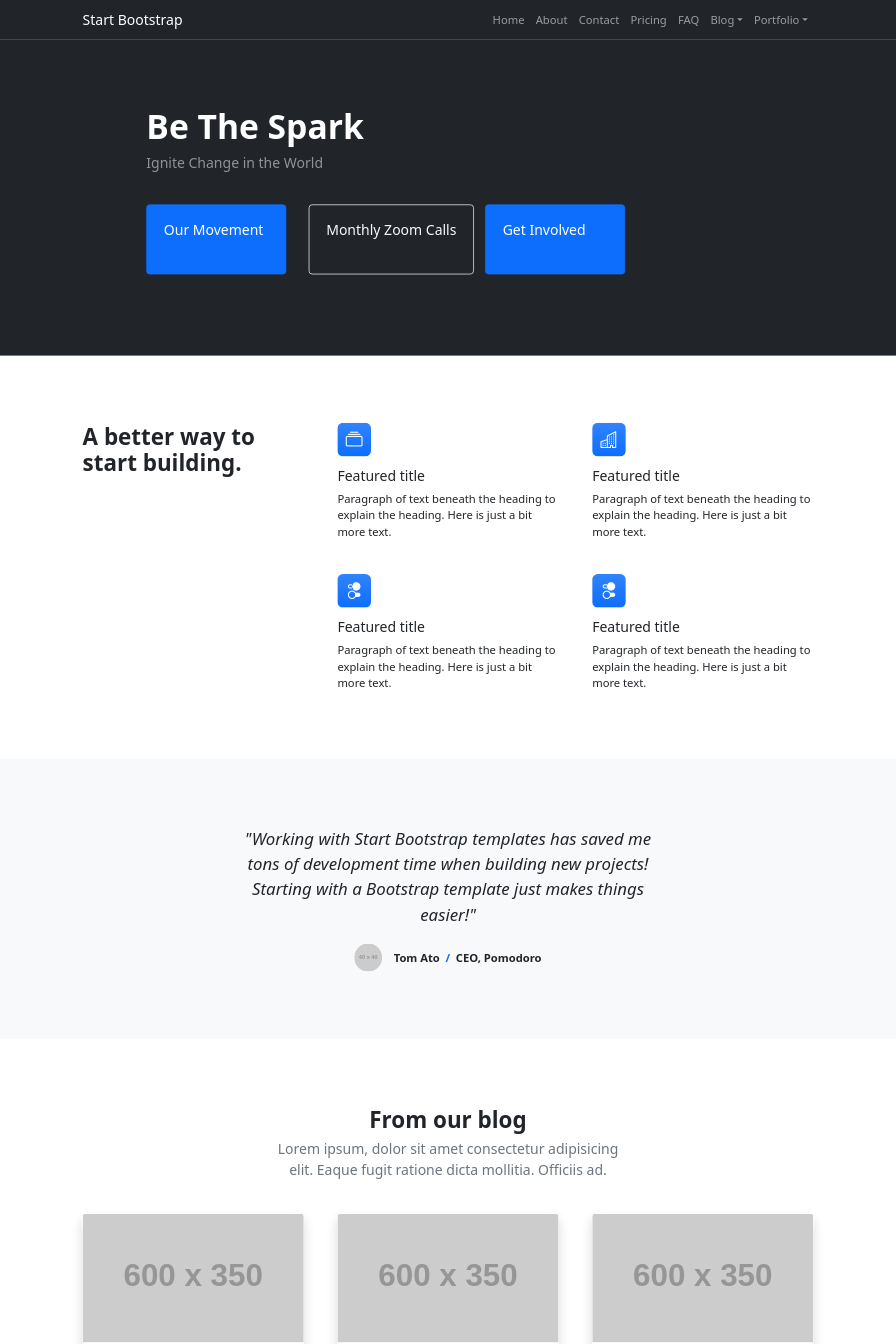
Repository: DragonFruit8/BeTheSpark
Page: index.html
These files come from the project's save history. The page is drawn as it stood at one moment and after the next save; the edit follows.
The browser window is 1280 px wide. The pictures show the part of the page from y = 0 to 1920 px (the page is 2652 px tall before and 2852 px after), at 70% of full size.

Above is the page before, as saved 2024-01-05 08:32:59.

### index.html
<!DOCTYPE html>
<html lang="en">
    <head>
        <meta charset="utf-8" />
        <meta name="viewport" content="width=device-width, initial-scale=1, shrink-to-fit=no" />
        <meta name="description" content="" />
        <meta name="author" content="" />
        <title>Modern Business - Start Bootstrap Template</title>
        <!-- Favicon-->
        <link rel="icon" type="image/x-icon" href="assets/favicon.ico" />
        <!-- Bootstrap icons-->
        <link href="https://cdn.jsdelivr.net/npm/bootstrap-icons@1.5.0/font/bootstrap-icons.css" rel="stylesheet" />
        <!-- Core theme CSS (includes Bootstrap)-->
        <link href="css/styles.css" rel="stylesheet" />
        <link href="css/home.css" rel="stylesheet" />
    </head>
    <body class="d-flex flex-column h-100">
        <main class="flex-shrink-0">
            <!-- Navigation-->
            <nav class="navbar navbar-expand-lg navbar-dark bg-dark">
                <div class="container px-5">
                    <a class="navbar-brand" href="index.html">Start Bootstrap</a>
                    <button class="navbar-toggler" type="button" data-bs-toggle="collapse" data-bs-target="#navbarSupportedContent" aria-controls="navbarSupportedContent" aria-expanded="false" aria-label="Toggle navigation"><span class="navbar-toggler-icon"></span></button>
                    <div class="collapse navbar-collapse" id="navbarSupportedContent">
                        <ul class="navbar-nav ms-auto mb-2 mb-lg-0">
                            <li class="nav-item"><a class="nav-link" href="index.html">Home</a></li>
                            <li class="nav-item"><a class="nav-link" href="about.html">About</a></li>
                            <li class="nav-item"><a class="nav-link" href="contact.html">Contact</a></li>
                            <li class="nav-item"><a class="nav-link" href="pricing.html">Pricing</a></li>
                            <li class="nav-item"><a class="nav-link" href="faq.html">FAQ</a></li>
                            <li class="nav-item dropdown">
                                <a class="nav-link dropdown-toggle" id="navbarDropdownBlog" href="#" role="button" data-bs-toggle="dropdown" aria-expanded="false">Blog</a>
                                <ul class="dropdown-menu dropdown-menu-end" aria-labelledby="navbarDropdownBlog">
                                    <li><a class="dropdown-item" href="blog-home.html">Blog Home</a></li>
                                    <li><a class="dropdown-item" href="blog-post.html">Blog Post</a></li>
                                </ul>
                            </li>
                            <li class="nav-item dropdown">
                                <a class="nav-link dropdown-toggle" id="navbarDropdownPortfolio" href="#" role="button" data-bs-toggle="dropdown" aria-expanded="false">Portfolio</a>
                                <ul class="dropdown-menu dropdown-menu-end" aria-labelledby="navbarDropdownPortfolio">
                                    <li><a class="dropdown-item" href="portfolio-overview.html">Portfolio Overview</a></li>
                                    <li><a class="dropdown-item" href="portfolio-item.html">Portfolio Item</a></li>
                                </ul>
                            </li>
                        </ul>
                    </div>
                </div>
            </nav>
            <!-- Header-->
            <header class="bg-dark py-5">
                <div class="container px-5">
                    <div class="row gx-5 align-items-center justify-content-center">
                        <div class="col-lg-8 col-xl-10 col-xxl-12">
                            <div class="my-5 text-center text-xl-start">
                                <h1 class="display-5 fw-bolder text-white mb-2">Be The Spark</h1>
                                <p class="lead fw-normal text-white-50 mb-4">Ignite Change in the World</p>
                                <div id="CTA" class="d-grid gap-3 d-sm-flex justify-content-sm-center justify-content-xl-start">
                                    <a class="btn btn-primary btn-lg px-4 me-sm-3" href="#features">Our Movement</a>
                                    <a class="btn btn-outline-light btn-lg px-4" href="#!">Monthly Zoom Calls</a>
                                    <a class="btn btn-primary btn-lg px-4 me-sm-3" href="#features">Get Involved </a>
                                </div>
                            </div>
                        </div>
                        <!-- <div class="col-xl-5 col-xxl-6 d-none d-xl-block text-center"><img class="img-fluid rounded-3 my-5" src="https://dummyimage.com/600x400/343a40/6c757d" alt="..." /></div> -->
                    </div>
                </div>
            </header>
            <!-- Features section-->
            <section class="py-5" id="features">
                <div class="container px-5 my-5">
                    <div class="row gx-5">
                        <div class="col-lg-4 mb-5 mb-lg-0"><h2 class="fw-bolder mb-0">A better way to start building.</h2></div>
                        <div class="col-lg-8">
                            <div class="row gx-5 row-cols-1 row-cols-md-2">
                                <div class="col mb-5 h-100">
                                    <div class="feature bg-primary bg-gradient text-white rounded-3 mb-3"><i class="bi bi-collection"></i></div>
                                    <h2 class="h5">Featured title</h2>
                                    <p class="mb-0">Paragraph of text beneath the heading to explain the heading. Here is just a bit more text.</p>
                                </div>
                                <div class="col mb-5 h-100">
                                    <div class="feature bg-primary bg-gradient text-white rounded-3 mb-3"><i class="bi bi-building"></i></div>
                                    <h2 class="h5">Featured title</h2>
                                    <p class="mb-0">Paragraph of text beneath the heading to explain the heading. Here is just a bit more text.</p>
                                </div>
                                <div class="col mb-5 mb-md-0 h-100">
                                    <div class="feature bg-primary bg-gradient text-white rounded-3 mb-3"><i class="bi bi-toggles2"></i></div>
                                    <h2 class="h5">Featured title</h2>
                                    <p class="mb-0">Paragraph of text beneath the heading to explain the heading. Here is just a bit more text.</p>
                                </div>
                                <div class="col h-100">
                                    <div class="feature bg-primary bg-gradient text-white rounded-3 mb-3"><i class="bi bi-toggles2"></i></div>
                                    <h2 class="h5">Featured title</h2>
                                    <p class="mb-0">Paragraph of text beneath the heading to explain the heading. Here is just a bit more text.</p>
                                </div>
                            </div>
                        </div>
                    </div>
                </div>
            </section>
            <!-- Testimonial section-->
            <div class="py-5 bg-light">
                <div class="container px-5 my-5">
                    <div class="row gx-5 justify-content-center">
                        <div class="col-lg-10 col-xl-7">
                            <div class="text-center">
                                <div class="fs-4 mb-4 fst-italic">"Working with Start Bootstrap templates has saved me tons of development time when building new projects! Starting with a Bootstrap template just makes things easier!"</div>
                                <div class="d-flex align-items-center justify-content-center">
                                    <img class="rounded-circle me-3" src="https://dummyimage.com/40x40/ced4da/6c757d" alt="..." />
                                    <div class="fw-bold">
                                        Tom Ato
                                        <span class="fw-bold text-primary mx-1">/</span>
                                        CEO, Pomodoro
                                    </div>
                                </div>
                            </div>
                        </div>
                    </div>
                </div>
            </div>
            <!-- Blog preview section-->
            <section class="py-5">
                <div class="container px-5 my-5">
                    <div class="row gx-5 justify-content-center">
                        <div class="col-lg-8 col-xl-6">
                            <div class="text-center">
                                <h2 class="fw-bolder">From our blog</h2>
                                <p class="lead fw-normal text-muted mb-5">Lorem ipsum, dolor sit amet consectetur adipisicing elit. Eaque fugit ratione dicta mollitia. Officiis ad.</p>
                            </div>
                        </div>
                    </div>
                    <div class="row gx-5">
                        <div class="col-lg-4 mb-5">
                            <div class="card h-100 shadow border-0">
                                <img class="card-img-top" src="https://dummyimage.com/600x350/ced4da/6c757d" alt="..." />
                                <div class="card-body p-4">
                                    <div class="badge bg-primary bg-gradient rounded-pill mb-2">News</div>
                                    <a class="text-decoration-none link-dark stretched-link" href="#!"><h5 class="card-title mb-3">Blog post title</h5></a>
                                    <p class="card-text mb-0">Some quick example text to build on the card title and make up the bulk of the card's content.</p>
                                </div>
                                <div class="card-footer p-4 pt-0 bg-transparent border-top-0">
                                    <div class="d-flex align-items-end justify-content-between">
                                        <div class="d-flex align-items-center">
                                            <img class="rounded-circle me-3" src="https://dummyimage.com/40x40/ced4da/6c757d" alt="..." />
                                            <div class="small">
                                                <div class="fw-bold">Kelly Rowan</div>
                                                <div class="text-muted">March 12, 2023 &middot; 6 min read</div>
                                            </div>
                                        </div>
                                    </div>
                                </div>
                            </div>
                        </div>
                        <div class="col-lg-4 mb-5">
                            <div class="card h-100 shadow border-0">
                                <img class="card-img-top" src="https://dummyimage.com/600x350/adb5bd/495057" alt="..." />
                                <div class="card-body p-4">
                                    <div class="badge bg-primary bg-gradient rounded-pill mb-2">Media</div>
                                    <a class="text-decoration-none link-dark stretched-link" href="#!"><h5 class="card-title mb-3">Another blog post title</h5></a>
                                    <p class="card-text mb-0">This text is a bit longer to illustrate the adaptive height of each card. Some quick example text to build on the card title and make up the bulk of the card's content.</p>
                                </div>
                                <div class="card-footer p-4 pt-0 bg-transparent border-top-0">
                                    <div class="d-flex align-items-end justify-content-between">
                                        <div class="d-flex align-items-center">
                                            <img class="rounded-circle me-3" src="https://dummyimage.com/40x40/ced4da/6c757d" alt="..." />
                                            <div class="small">
                                                <div class="fw-bold">Josiah Barclay</div>
                                                <div class="text-muted">March 23, 2023 &middot; 4 min read</div>
                                            </div>
                                        </div>
                                    </div>
                                </div>
                            </div>
                        </div>
                        <div class="col-lg-4 mb-5">
                            <div class="card h-100 shadow border-0">
                                <img class="card-img-top" src="https://dummyimage.com/600x350/6c757d/343a40" alt="..." />
                                <div class="card-body p-4">
                                    <div class="badge bg-primary bg-gradient rounded-pill mb-2">News</div>
                                    <a class="text-decoration-none link-dark stretched-link" href="#!"><h5 class="card-title mb-3">The last blog post title is a little bit longer than the others</h5></a>
                                    <p class="card-text mb-0">Some more quick example text to build on the card title and make up the bulk of the card's content.</p>
                                </div>
                                <div class="card-footer p-4 pt-0 bg-transparent border-top-0">
                                    <div class="d-flex align-items-end justify-content-between">
                                        <div class="d-flex align-items-center">
                                            <img class="rounded-circle me-3" src="https://dummyimage.com/40x40/ced4da/6c757d" alt="..." />
                                            <div class="small">
                                                <div class="fw-bold">Evelyn Martinez</div>
                                                <div class="text-muted">April 2, 2023 &middot; 10 min read</div>
                                            </div>
                                        </div>
                                    </div>
                                </div>
                            </div>
                        </div>
                    </div>
                    <!-- Call to action-->
                    <aside class="bg-primary bg-gradient rounded-3 p-4 p-sm-5 mt-5">
                        <div class="d-flex align-items-center justify-content-between flex-column flex-xl-row text-center text-xl-start">
                            <div class="mb-4 mb-xl-0">
                                <div class="fs-3 fw-bold text-white">New products, delivered to you.</div>
                                <div class="text-white-50">Sign up for our newsletter for the latest updates.</div>
                            </div>
                            <div class="ms-xl-4">
                                <div class="input-group mb-2">
                                    <input class="form-control" type="text" placeholder="Email address..." aria-label="Email address..." aria-describedby="button-newsletter" />
                                    <button class="btn btn-outline-light" id="button-newsletter" type="button">Sign up</button>
                                </div>
                                <div class="small text-white-50">We care about privacy, and will never share your data.</div>
                            </div>
                        </div>
                    </aside>
                </div>
            </section>
        </main>
        <!-- Footer-->
        <footer class="bg-dark py-4 mt-auto">
            <div class="container px-5">
                <div class="row align-items-center justify-content-between flex-column flex-sm-row">
                    <div class="col-auto"><div class="small m-0 text-white">Copyright &copy; Your Website 2023</div></div>
                    <div class="col-auto">
                        <a class="link-light small" href="#!">Privacy</a>
                        <span class="text-white mx-1">&middot;</span>
                        <a class="link-light small" href="#!">Terms</a>
                        <span class="text-white mx-1">&middot;</span>
                        <a class="link-light small" href="#!">Contact</a>
                    </div>
                </div>
            </div>
        </footer>
        <!-- Bootstrap core JS-->
        <script src="https://cdn.jsdelivr.net/npm/bootstrap@5.2.3/dist/js/bootstrap.bundle.min.js"></script>
        <!-- Core theme JS-->
        <script src="js/scripts.js"></script>
    </body>
</html>

### css/home.css
#CTA a{
    display: flex;
    min-height:300px;
    min-width: 300px;
    padding: 20px;
    margin-top: 20px;
    margin-bottom: 20px;
    border-radius: 5px;
}

@media (mn-width: 1080px) {
    #CTA > a{
        display: inline-flex;
        flex-direction: row;
        min-height:100px !important;
        min-width: 100px !important;
        padding: 20px;
        border-radius: 5px;
    }

}

@media (max-width: 1080px) and (min-width: 768px) {
    #CTA a{
        display: inline-flex;
        flex-direction: row;
        max-height:50px !important;
        max-width: 100px !important;
        border-radius: 5px;
    }
}

@media (min-width: 1080px) {
    #CTA a{
        display: inline-flex;
        flex-direction: row;
        min-height:100px;
        min-width: 200px;
        margin-top: 20px;
        margin-bottom: 20px;
        border-radius: 5px;
    }
}

Loaded but not shown: css/styles.css (library); js/scripts.js (common file)

After the next save:
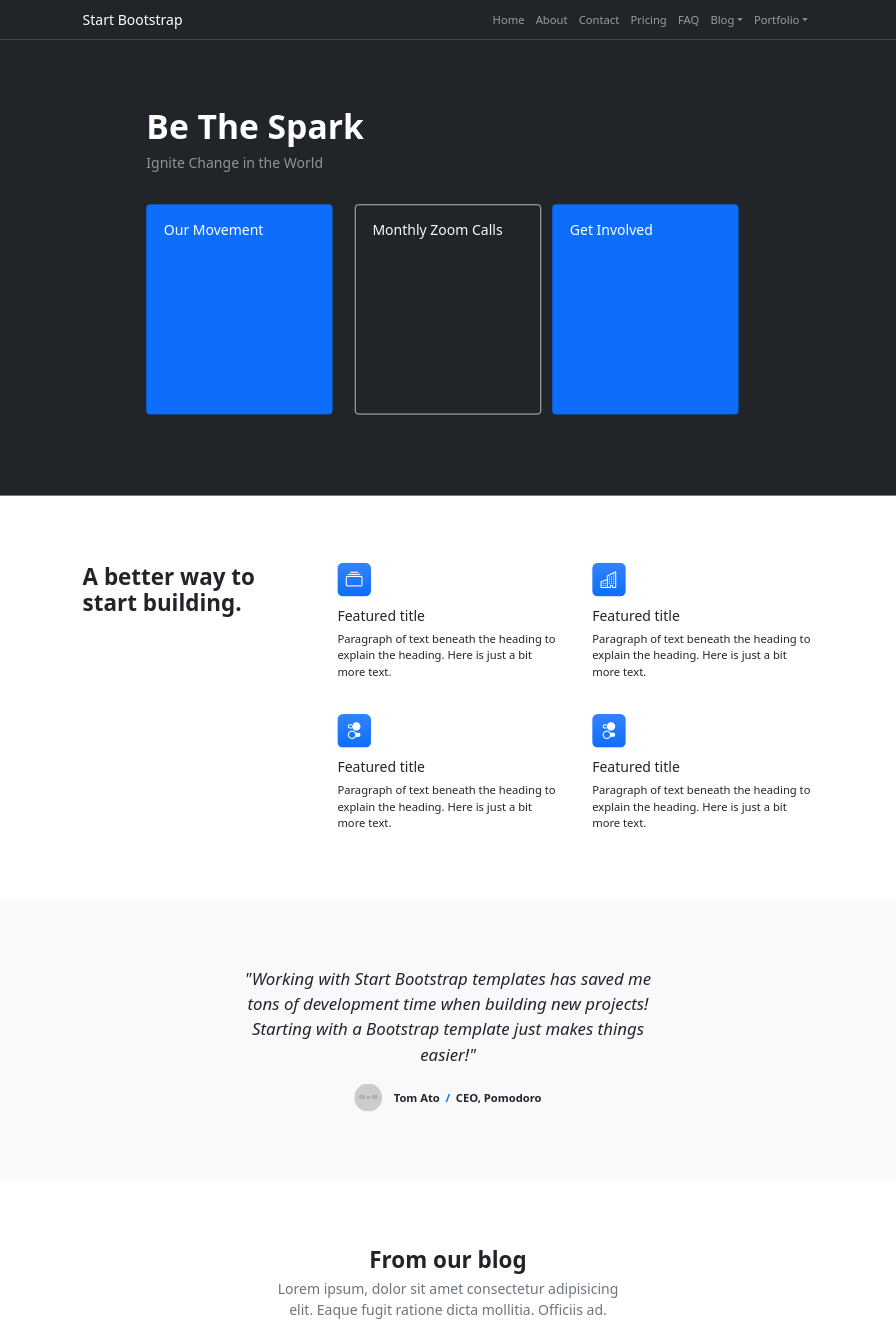
Saved 27 s later.
--- a/css/home.css
+++ b/css/home.css
@@ -1,7 +1,7 @@
 #CTA a{
     display: flex;
-    min-height:300px;
-    min-width: 300px;
+    height:300px;
+    width: 300px;
     padding: 20px;
     margin-top: 20px;
     margin-bottom: 20px;
